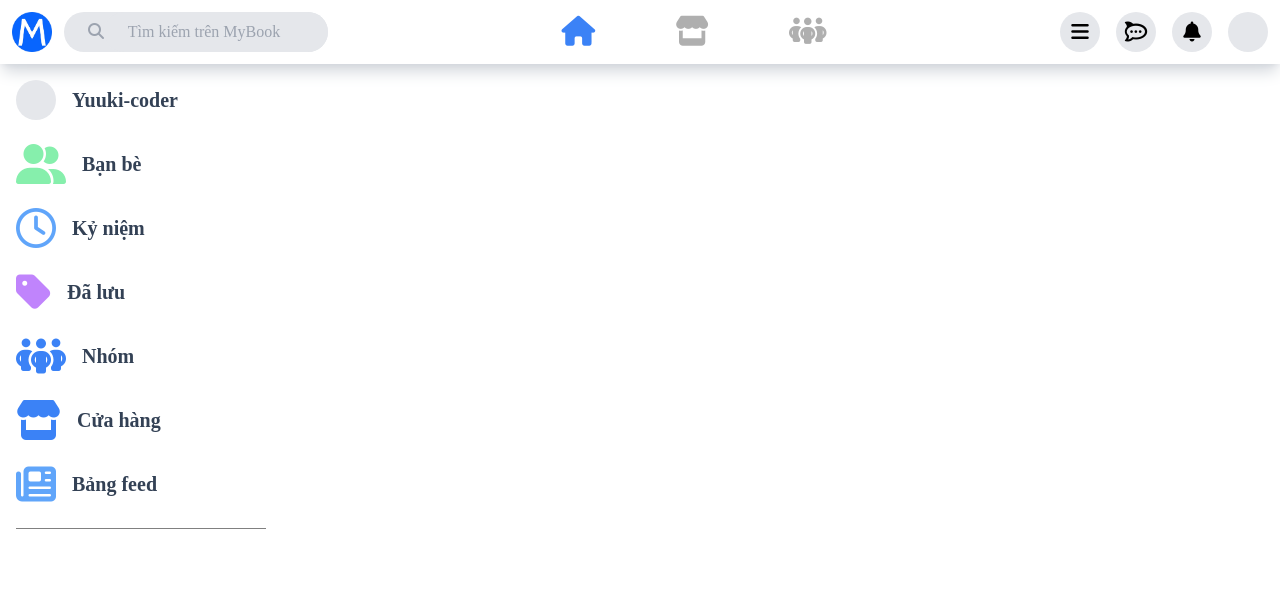
Repository: Yuukicoder/MyBook
Page: / (app in mybook/)
An editor plug-in stored every save of this project. The page is shown before and after the next save, followed by the edit.
The browser window is 1280 px wide. The pictures show the whole page.
The project was rebuilt for these pictures with package versions that can differ from the ones it lists, and the page was loaded fresh each time.

Above is the page before, as saved 2023-12-13 16:16:18.

After the next save:
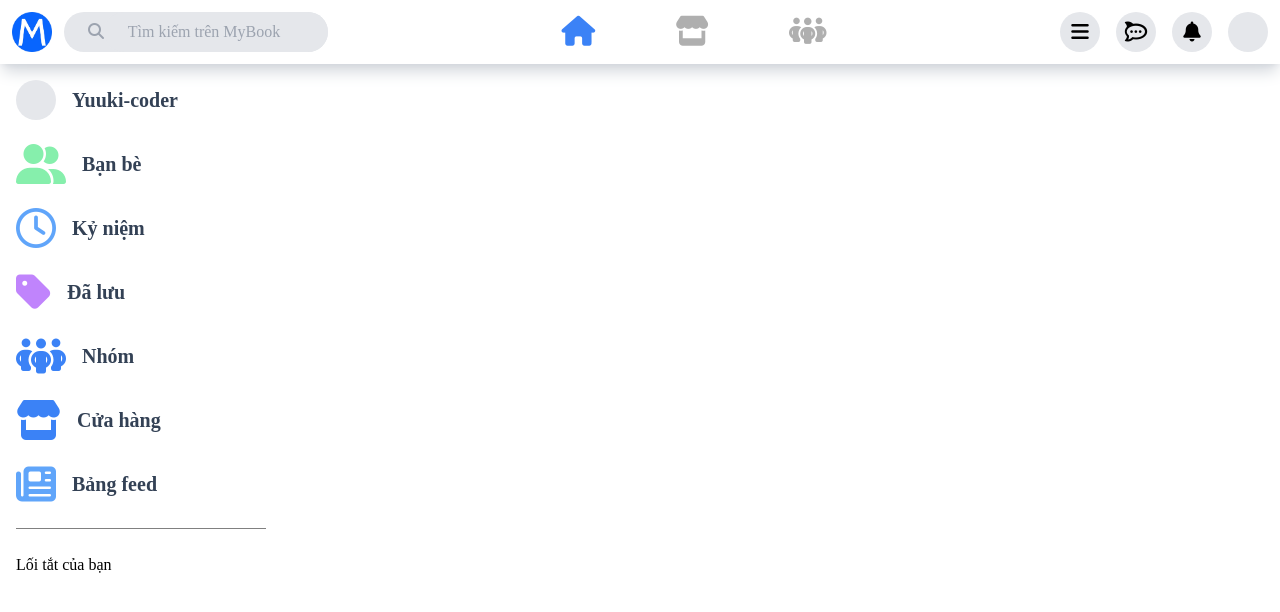
Saved 23 s later.
--- a/mybook/src/Option.js
+++ b/mybook/src/Option.js
@@ -39,6 +39,7 @@ var Option = (x) => (
 
     </div>
     <div class="line"></div>
+    <p>Lối tắt của bạn</p>
     </div>
 )
 export default Option
